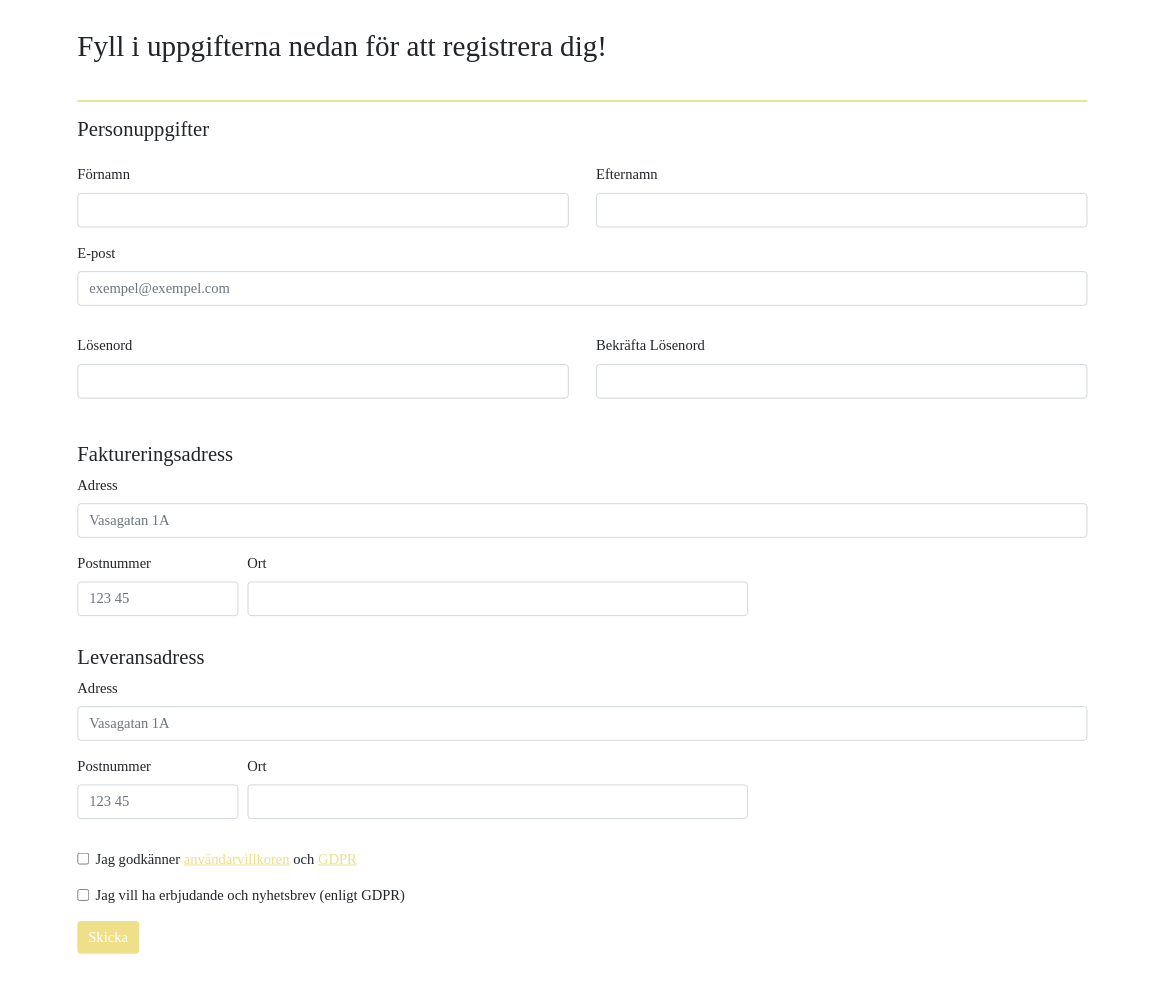
Repository: skepp4rn/Liamsuppgift3
Page: index.html
These files come from the project's save history. The page is drawn as it stood at one moment and after the next save; the edit follows.
The browser window is 1280 px wide. The pictures show the whole page, at 91% of full size.
Some web libraries are served in a nearby version.

Above is the page before, as saved 2020-12-06 13:23:00.
Console error (its wording comes from the project's code and is left out).

After the next save:
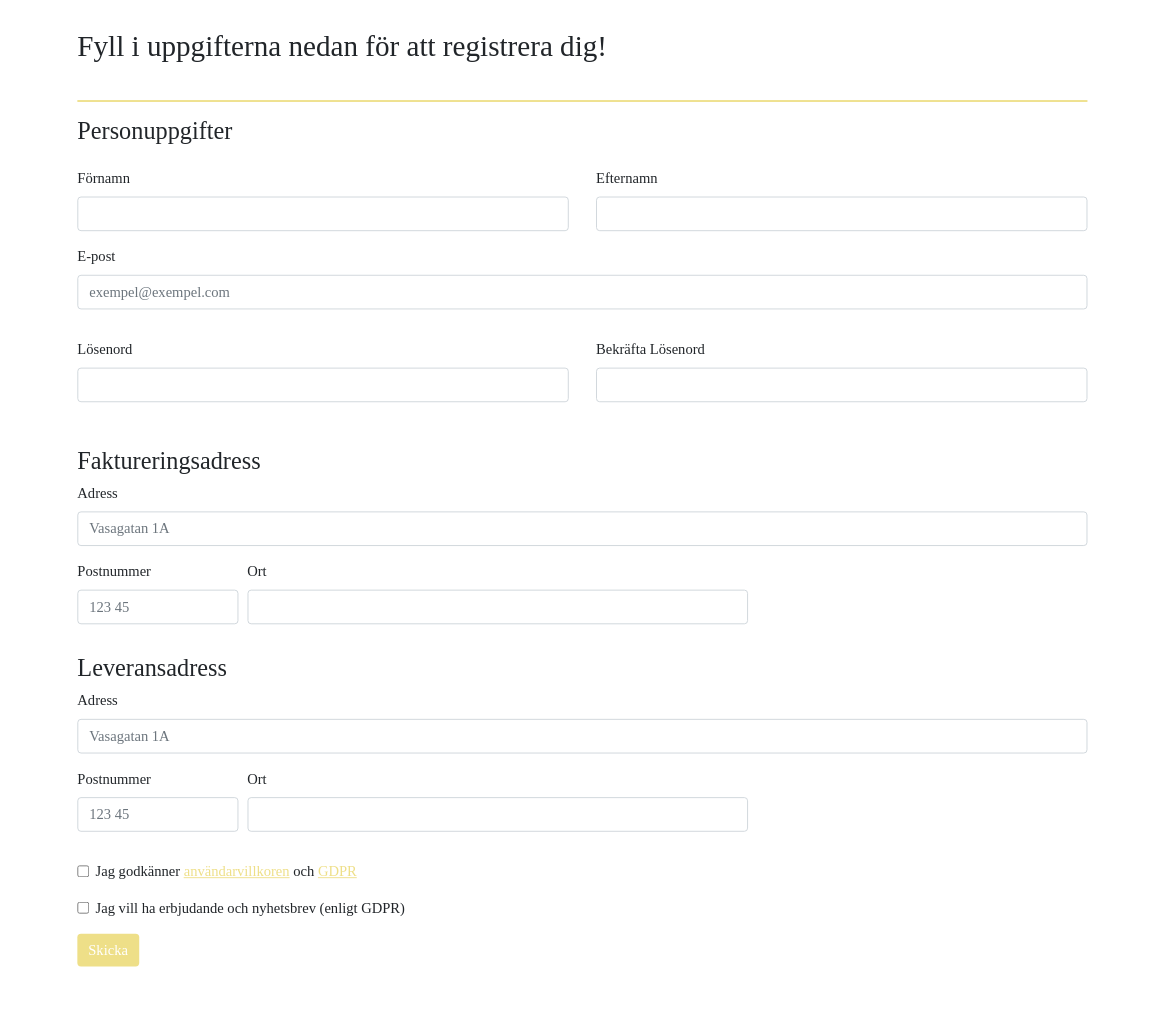
Saved 11 s later.
--- a/css/style.css
+++ b/css/style.css
@@ -1,7 +1,7 @@
 *{box-sizing:border-box}
 
 html,body{margin:0;padding:0;font-family:'Times New Roman', Times, serif}
-h3{font-size:17pt}.container{width:90vw;margin:auto}
+h3{font-size:20pt}.container{width:95vw;margin:auto}
 .row{padding-top:1rem;display:grid;grid-template-columns:1fr;grid-template-rows:1fr 1fr}
 .col{padding-bottom:1rem}
 .whitespace{height:3rem}
